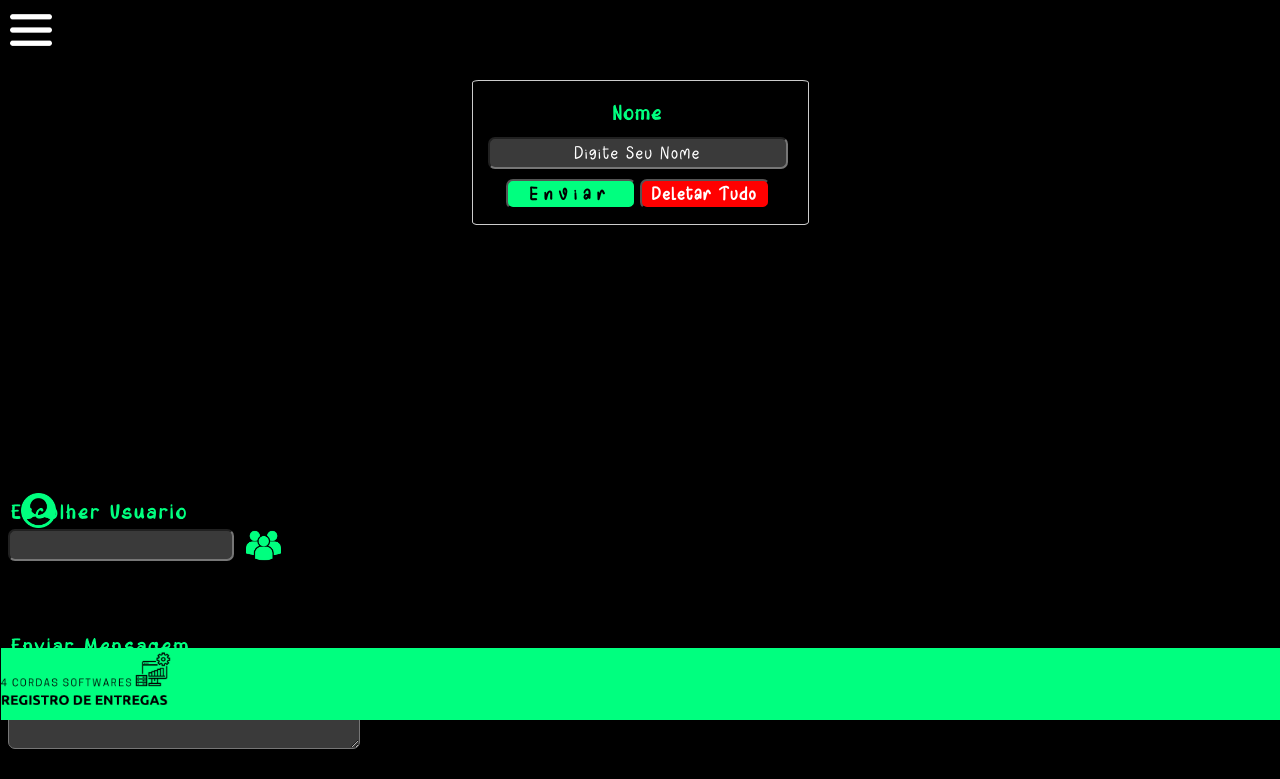
Repository: alfredo-allan/relatorioentregas
Page: pages/chatapp.html
An editor plug-in stored every save of this project. The page is shown before and after the next save, followed by the edit.
The browser window is 1280 px wide. The pictures show the whole page.
The page's requests for data from a server got no answer.

Above is the page before, as saved 2024-05-16 22:09:03.
Console error: TypeError: Cannot read properties of null (reading 'addEventListener')

### pages/chatapp.html
<!DOCTYPE html>
<html lang="pt-BR">
  <head>
    <meta charset="UTF-8" />
    <meta name="viewport" content="width=device-width, initial-scale=1.0" />
    <link rel="stylesheet" href="../style/mediaqueries.css" />
    <link rel="stylesheet" href="../style/styles.css" />
    <style>
      @media screen and (min-width: 800px) and (max-width: 2050px) {
        footer img {
          width: 170px;
          height: 60px;
        }
        /* Outros estilos específicos para resoluções entre 1900px e 3090px */
      }
      * {
        padding: 0;
      }

      footer {
        position: fixed;
        bottom: 0;
        width: 100%;
        background-color: #00ff7f;
        margin: 0;
        padding: 0;
        margin-left: -7px;
      }
      @media screen and (min-width: 300px) and (max-width: 600px) {
        footer {
          height: 6vh;
        }
      }

      @media screen and (min-width: 800px) and (max-width: 2050px) {
        #menu-options img {
          width: 206px;
          position: relative;
          margin: 13px;
          margin-top: -44px;
          border-bottom: 1px solid black; /* Adiciona uma linha preta na parte inferior da imagem */
        }
        #menu-options {
          width: 25%;
          height: 54vh;
        }
        footer {
          position: fixed;
          bottom: 0;
          width: 100%;
          background-color: #00ff7f;
          margin: 0;
          padding: 0;
          margin-left: -7px;
        }
      }
    </style>
    <link rel="icon" type="image/x-icon" href="../favicon.ico" />
    <title>ChatApp</title>
  </head>
  <body>
    <header id="ChatApp">
      <img id="menu-icon" src="../img/barra-de-menu.png" alt="" />
      <div id="menu-options">
        <ul>
          <span
            id="close-icon"
            style="
              color: black;
              position: absolute;
              line-height: 0;
              font-size: 30px;
              margin-top: -20px;
              cursor: pointer;
            "
            >X</span
          >
          <img src="../img/4 cordassof.png" alt="" />
          <br />
          <a href="../index.html"><li>Home</li></a>
          <a href="../cdsentregas.html"><li>Registrar Entrega</li></a>
          <a href="../pages/apagar.html"><li>Apagar Entrega</li></a>
          <a href="../pages/consultar.html"><li>Consultar Entregas</li></a>
          <a href="../pages/registrar.html"><li>Registar-Se</li></a>
          <a href="../pages/sobre.html"><li>Sobre a 4cordas</li></a>
          <a href="../pages/instrucao.html"><li>Ajuda</li></a>
        </ul>
      </div>
      <!-- <h1 id="textchat">Chat Entregas</h1> -->
      <!-- <img id="imgchat" src="../img/bater-papo.png" alt="" /> -->
    </header>
    <div id="myModal" class="modal">
      <div class="modal-content">
        <span class="close">&times;</span>
        <p>Mensagem Enviada Com Sucesso!</p>
      </div>
    </div>
    <div id="form">
      <div id="consulta" class="column">
        <!-- <span style="display: none">ID:</span> -->
        <span>Nome</span>
        <input id="nomeusuario" type="text" placeholder="Digite Seu Nome" />

        <div id="btns">
          <button id="enviarmsg">Enviar</button>
          <button id="delMsg">Deletar Tudo</button>
        </div>
      </div>
    </div>
    <div id="login">
      <br />
      <img id="utlizador" src="../img/do-utilizador.png" alt="" />
    </div>
    <span>Escolher Usuário</span>
    <ul></ul>
    <div id="usuarios"></div>
    <img id="multiUsu" src="../img/silhueta-de-multiplos-usuarios.png" alt="" />
    <br />
    <input id="lstUsu" type="text" />
    <div id="msgEnviar">
      <span>Enviar Mensagem</span> <br />
      <textarea
        placeholder="Enviar Menssagem Para Quem ?"
        id="enviarMsg"
        type="text"
      ></textarea>

      <!-- <img id="imgEnviarmsg" src="../img/enviar-mensagem.png" alt="" /> -->
    </div>
    <footer>
      <img src="../img/4 cordassof.png" alt="" />
    </footer>
    <script>
      const inputNomeUsuario = document.getElementById("nomeusuario");

      inputNomeUsuario.addEventListener("input", () => {
        const nomeUsuario = inputNomeUsuario.value;

        fetch(`http://192.168.10.20:8033/usuarios/${nomeUsuario}`)
          .then((response) => {
            if (response.ok) {
              return response.json();
            } else {
              throw new Error("Usuário não encontrado");
            }
          })
          .then((data) => {
            console.log("Usuário encontrado:", data);
          })
          .catch((error) => {
            console.error("Erro:", error);
          });
      });
    </script>

    // Adicione este script abaixo do botão 'Selecionar' no seu HTML

    <script>
      const buttonSelecionar = document.getElementById("ctsUsu");

      buttonSelecionar.addEventListener("click", () => {
        const nomeUsuario = document.getElementById("lstUsu").value;

        fetch(`http://192.168.10.20:8033/usuarios/${nomeUsuario}`)
          .then((response) => {
            if (response.ok) {
              return response.json();
            } else {
              throw new Error("Usuário não encontrado");
            }
          })
          .then((data) => {
            console.log("Destinatário encontrado:", data);
          })
          .catch((error) => {
            console.error("Erro:", error);
          });
      });
    </script>

    // Adicione este script abaixo do botão 'Enviar' no seu HTML

    <script>
      const buttonEnviar = document.getElementById("enviarmsg");

      buttonEnviar.addEventListener("click", () => {
        const sender = document.getElementById("nomeusuario").value;
        const recipient = document.getElementById("lstUsu").value;
        const message = document.getElementById("enviarMsg").value;

        fetch("http://192.168.10.20:8033/enviar-mensagem", {
          method: "POST",
          headers: {
            "Content-Type": "application/json",
          },
          body: JSON.stringify({
            sender_username: sender,
            recipient_username: recipient,
            message: message,
          }),
        })
          .then((response) => {
            if (response.ok) {
              console.log("Mensagem enviada com sucesso");
            } else {
              throw new Error("Erro ao enviar mensagem");
            }
          })
          .catch((error) => {
            console.error("Erro:", error);
          });
      });
    </script>
    <script>
      let isTyping = false;

      // Função para verificar se o usuário está digitando
      function checkTyping() {
        const inputField = document.getElementById("enviarMsg");
        inputField.addEventListener("input", () => {
          isTyping = inputField.value.length > 0;
        });
      }

      function monitorNewMessages() {
        const nomeUsuario = document.getElementById("nomeusuario").value;

        // Lógica para buscar novas mensagens do servidor e inserir no campo msgEnviar
        fetch(`http://192.168.10.20:8033/mensagens/${nomeUsuario}`)
          .then((response) => {
            if (response.ok) {
              return response.json();
            } else {
              throw new Error("Erro ao buscar novas mensagens");
            }
          })
          .then((data) => {
            const messages = data; // Não precisamos acessar data.messages, pois a resposta do servidor já é uma lista de mensagens
            const msgEnviar = document.getElementById("msgEnviar");
            msgEnviar.innerHTML = ""; // Limpar mensagens antigas antes de adicionar as novas

            messages.forEach((message) => {
              const p = document.createElement("p");
              p.textContent = message.message; // A mensagem está no campo "message" do objeto de mensagem
              msgEnviar.appendChild(p);
            });
          })
          .catch((error) => {
            console.error("Erro ao buscar novas mensagens:", error);
          });
      }

      document.addEventListener("DOMContentLoaded", () => {
        monitorNewMessages();
      });

      // Adicionar esta função para limpar o campo de entrada após o envio de mensagem
      function limparCampoDeMensagem() {
        document.getElementById("enviarMsg").value = "";
      }
    </script>
    <script src="../script.js"></script>
  </body>
</html>

### style/mediaqueries.css
@media screen and (min-width: 300px) and (max-width: 600px) {
  footer {
    bottom: 0;
    img {
      display: none;
    }
    /* Outros estilos específicos para resoluções entre 1900px e 3090px */
  }

  @media screen and (min-width: 800px) and (max-width: 2050px) {
    footer img {
      width: 170px;
      height: 60px;
    }
  }
}

  @media screen and (min-width: 800px) and (max-width: 2050px) {
    #close-icon {
      margin-left: 250px;
    }
  }


@media screen and (min-width: 300px) and (max-width: 600px) {
  footer {
    height: 6vh;
    margin: 0;
    padding: 0;
    margin-top: 174px;
    position: absolute;
    width: 100%;
    margin-left: -7px;
  }
  #menu-options img {
    margin-top: -40px;
    border-bottom: 1px solid black; /* Adiciona uma linha preta na parte inferior da imagem */
    width: 210px;
  }
  #close-icon {
    margin-left: 224px;
  }
}

### style/styles.css
:root {
  --las-americas: "Las-americas", sans-serif;
  --gribble-font: "Gribble";
  --helootwuins-font: "HelooTwuins";
  --verde--color: #00ff7f;
}

body {
  background-color: black;
}

@font-face {
  font-family: "Las-americas";
  src: url("../fonts/las_americas/LasAmericas_PERSONAL_USE_ONLY.otf")
    format("truetype");
  /* Adicione mais formatos (e.g. woff, woff2) conforme necessário */
}

@font-face {
  font-family: "Gribble";
  src: url("../fonts/gribble/Gribble.ttf") format("truetype");
  /* Adicione mais formatos (e.g. woff, woff2) conforme necessário */
}

@font-face {
  font-family: "HelooTwuins";
  src: url("../fonts/hello_twins/HelloTwinsDEMO.otf") format("truetype");
  /* Adicione mais formatos (e.g. woff, woff2) conforme necessário */
}

header {
  img {
    width: 42px;
    margin-right: 14px;
    text-wrap: nowrap;
  }
}

footer {
  width: 100%;
  height: 10vh;
  background-color: #00ff7f;
  margin: 0;
  padding: 0;
}

img #menu-icon {
  margin-right: 20px;
  margin-left: -1%;
}

#text-top {
  text-align: center;
  font-family: var(--las-americas);
  color: white;
  letter-spacing: 1.2px;
  margin-top: 30px;
  font-size: 40px;
}

#delivery {
  color: red;
  font-family: var(--gribble-font);
  letter-spacing: 3px;
  font-size: 25px;
  font-weight: 900;
  color: var(--verde--color);
}

.column {
  display: flex;
  flex-direction: column;
  align-items: center;
  padding: 10px 20px 15px 15px;
  border: 1px solid #ccc;
  border-radius: 2%;
  width: 300px;
  margin: 0 auto;
  margin-top: -100px;
}

#form {
  border-radius: 2%;
  margin-top: 110px;
  margin-bottom: 250px;
  span {
    color: #00ff7f;
    font-family: var(--gribble-font);
    font-size: 20px;
    letter-spacing: 2px;
    font-weight: 600;
  }
}

input {
  text-align: center;
  margin-bottom: 5px;
  padding: 5px;
  width: 100%;
  box-sizing: border-box;
  font-weight: 600;
  margin-bottom: 10px;
  background-color: rgba(255, 255, 255, 0.226);
  color: white;
  font-family: var(--helootwuins-font);
  letter-spacing: 2px;
  font-size: 18px;
  border-radius: 7px;
}

input::placeholder {
  text-align: center;
  color: white;
  font-family: var(--helootwuins-font);
  font-weight: 400;
  font-size: 18px;
}

button {
  width: 130px;
  height: 30px;
  border-radius: 2%;
  background-color: var(--verde--color);
  font-family: var(--helootwuins-font);
  font-size: 18px;
  letter-spacing: 7px;
  font-weight: 900;
  border-radius: 7px;
}

#confirmButton {
  margin-left: 8px;
  margin-right: 20px;
}

#menu-icon {
  cursor: pointer;
  margin: 15px;
  margin-left: 2px;
  margin-top: 1px;
}

#menu-options {
  text-wrap: nowrap;
  display: none;
  position: absolute;
  top: 0;
  left: 0;
  margin-top: 0px;
  width: 70%;
  height: 70vh;
  background-color: #00ff7f;
  color: white;
  font-family: var(--gribble-font);
  font-weight: 900;
  border-bottom-right-radius: 10%;
  color: black;
  letter-spacing: 2px;
  z-index: 999;
  li {
    margin-top: 3px;
  }
}

a {
  text-decoration: none; /* Remove o sublinhado */
  color: black;
}

#menu-options ul {
  list-style: none;
  padding: 0;
  margin-left: 10px;
  font-size: 20px;
  margin-top: 40px;
}

#menu-options ul li {
  padding: 10px;
  /* margin: 10px; */
  text-wrap: nowrap;
  /* border-bottom: 1px solid white; */
}

#modal {
  background: black;
  text-align: center;
}

.modal {
  display: none; /* Escondido por padrão */
  position: fixed;
  z-index: 1;
  left: 0;
  top: 0;
  width: 100%;
  height: 100%;
  overflow: auto;
  background-color: rgba(0, 0, 0, 0.4);
}

.modal-content {
  background-color: #fefefe;
  margin: 15% auto;
  padding: 20px;
  border: 2px solid #888;
  width: 80%;
  border-radius: 10px;
  background-color: black;
  p {
    margin-top: 30px;
    text-align: left;
    text-wrap: nowrap;
    font-family: var(--gribble-font);
    letter-spacing: 3px;
    font-weight: 600;
    font-size: 20px;
    color: var(--verde--color);
  }
}

.close {
  color: #aaa;
  float: right;
  font-size: 28px;
  font-weight: bold;
}

.close:hover,
.close:focus {
  color: black;
  text-decoration: none;
  cursor: pointer;
}

#data-list {
  margin: 0 auto;
  left: 50%;
  transform: translateX(-50%);
  margin: 0 auto;
  left: 50%;
  top: 60%;
  transform: translate(-50%, -50%);
  /* border: 1px solid var(--cor-azul); */
  color: var(--verde--color);
  border-radius: 5px;
  height: 340px;
  overflow-y: auto;
  position: absolute;
  z-index: -1;
  margin-top: 110px;
  margin-left: 0px;
  width: 336px;
  list-style: none;
  .name {
    font-family: var(--helootwuins-font);
    font-weight: 900;
    font-size: 20px;
    letter-spacing: 1px;
  }
  .item {
    font-family: var(--helootwuins-font);
    font-weight: 500;
    font-size: 20px;
    color: white;
    letter-spacing: 1px;
  }
}

#data-list {
  width: 340px;
  height: 180px;
  overflow: auto;
  /* border: 1px solid black; */
  /* scrollbar-color: var(--verde--color) var(--verde--color); */
}

#data-list img {
  width: 25px;
  margin-left: 15px;
  margin-right: 0px;
}

#data-list::-webkit-scrollbar {
  width: 10px; /* Largura da barra de rolagem */
}

#data-list::-webkit-scrollbar-thumb {
  background-color: white; /* Cor da barra de rolagem */
  border-radius: 5px; /* Raio de borda da barra de rolagem */
}

#texto-descritivo {
  text-align: justify;
  margin-top: 200px;
  position: fixed;
  font-family: var(--luthier-font);
  letter-spacing: 3px;
  line-height: 2;
  margin-right: 8px;
  font-weight: 900;
  color: var(--verde--color);
}

.name {
  font-family: var(--gribble-font);
  font-weight: 900;
  font-size: 17px;
}
.item {
  font-family: var(--helootwuins-font);
  font-weight: 500;
  font-size: 15;
  color: white;
}

#textchat {
  font-family: var(--las-americas);
  color: white;
  letter-spacing: 10px;
  margin-left: 10px;
  font-size: 40px;
  margin-top: 6px;
}

#imgchat {
  width: 60px;
  position: absolute;
  margin-left: 295px;
  margin-top: -60px;
}

#message {
  input {
    width: 220px;
  }
}

#login {
  width: 226px;
  margin-top: 50px;
  input {
    font-family: var(--gribble-font);
    letter-spacing: 3px;
  }
}

span {
  color: var(--verde--color);
  font-family: var(--gribble-font);
  font-size: 20px;
  padding: 3px;
  line-height: 2;
  letter-spacing: 3px;
  font-weight: 900;
}

#msgInput {
  width: 220px;
  height: 80px;
  background-color: rgba(255, 255, 255, 0.226);
  border-radius: 7px;
  font-family: var(--helootwuins-font);
  font-size: 17px;
  letter-spacing: 3px;
  color: var(--verde--color);
  font-weight: 600;
}

#enviarMsg {
  width: 350px;
  height: 80px;
  background-color: rgba(255, 255, 255, 0.226);
  border-radius: 7px;
  font-family: var(--helootwuins-font);
  font-size: 17px;
  letter-spacing: 3px;
  color: white;
  font-weight: 600;
}

#msgEnviar {
  margin-top: 60px;
}

#enviarMsg {
  letter-spacing: 3px;
  outline: none;
  font-size: 20px;
}

/* #enviarmsg {
  margin-top: 93px;
  position: absolute;
  margin-left: -330px;
} */

#delMsg {
  letter-spacing: 2px;
  background-color: red;
  color: white;
}

#imgEnviarmsg {
  width: 35px;
  margin-left: 11px;
  position: absolute;
}

#textRegister {
  font-family: var(--las-americas);
  color: white;
  letter-spacing: 3px;
  margin-top: 10px;
  text-align: center;
  letter-spacing: 3px;
}

#lstUsu {
  width: 226px;
  position: absolute;
  margin-top: -38px;
}

input#lstUsu {
  font-family: var(--gribble-font);
  letter-spacing: 3px;
}

#ctsUsu {
  position: absolute;
  margin-left: 0px;
  margin-top: 0px;
  line-height: 1px;
}

#utlizador {
  position: fixed;
  width: 35px;
  margin-left: 13px;
}

#msgEntrada {
  width: 35px;
  position: absolute;
  margin-left: 13px;
}

#multiUsu {
  position: absolute;
  width: 35px;
  margin-left: 238px;
  margin-top: -34px;
  margin-top: -21px;
}

#close-icon {
  color: black;
  position: absolute;
  line-height: 0; font-size: 30px;
  margin-top: -20px; cursor: pointer;
}

### script.js
const menuIcon = document.getElementById("menu-icon");
const menuOptions = document.getElementById("menu-options");
const closeIcon = document.getElementById("close-icon");

menuIcon.addEventListener("click", function () {
  if (menuOptions.style.display === "none") {
    menuOptions.style.display = "block";
  } else {
    menuOptions.style.display = "none";
  }
});

closeIcon.addEventListener("click", function () {
  menuOptions.style.display = "none";
});

//input data pagina index e registro
document.getElementById("data-entrega").value = new Date()
  .toISOString()
  .slice(0, 10);
var currentDate = new Date().toISOString().slice(0, 10);
var formattedDate = currentDate.split("-").reverse().join("/");
document.getElementById("data-entrega").value = formattedDate;
document.getElementById("data-entrega").addEventListener("input", formatarData);

After the next save:
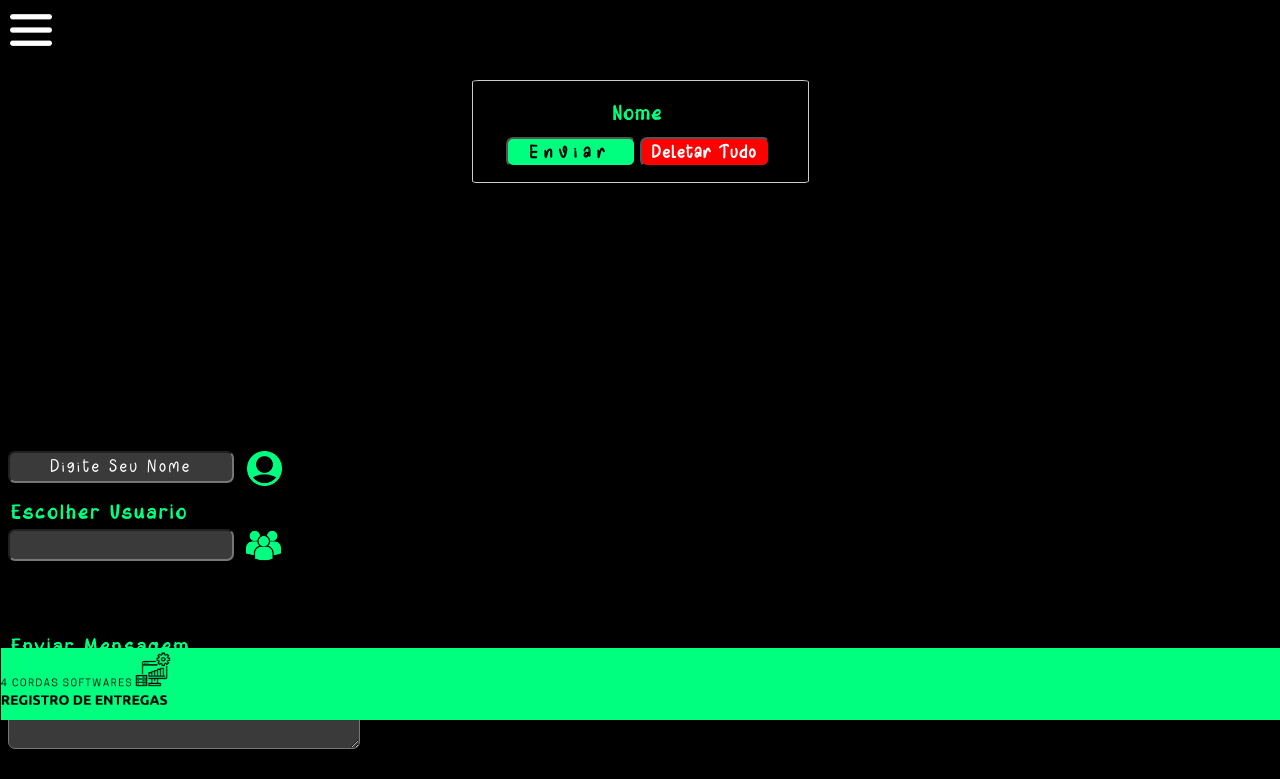
Saved 65 s later.
--- a/pages/chatapp.html
+++ b/pages/chatapp.html
@@ -99,8 +99,6 @@
       <div id="consulta" class="column">
         <!-- <span style="display: none">ID:</span> -->
         <span>Nome</span>
-        <input id="nomeusuario" type="text" placeholder="Digite Seu Nome" />
-
         <div id="btns">
           <button id="enviarmsg">Enviar</button>
           <button id="delMsg">Deletar Tudo</button>
@@ -108,7 +106,8 @@
       </div>
     </div>
     <div id="login">
-      <br />
+       <br />
+      <input id="nomeusuario" type="text" placeholder="Digite Seu Nome" />
       <img id="utlizador" src="../img/do-utilizador.png" alt="" />
     </div>
     <span>Escolher Usuário</span>

After the save that followed:
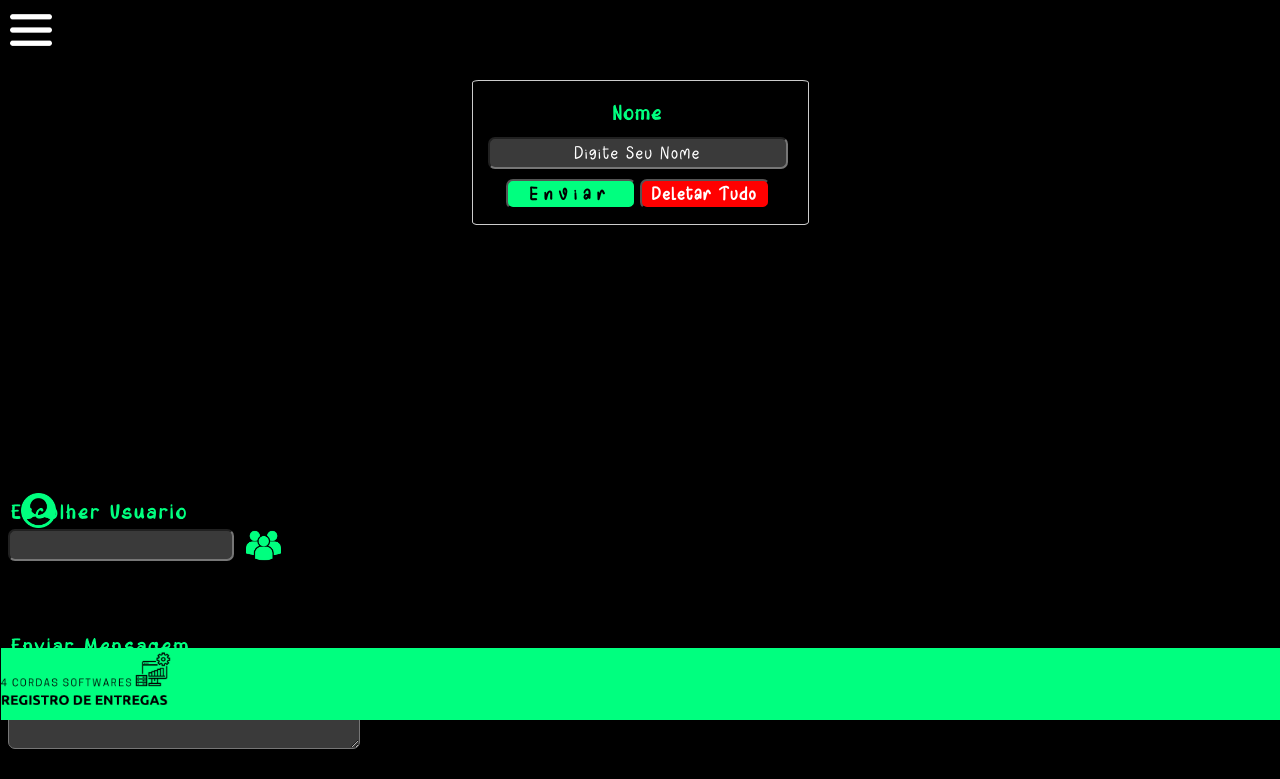
Saved 16 s later.
--- a/pages/chatapp.html
+++ b/pages/chatapp.html
@@ -99,6 +99,8 @@
       <div id="consulta" class="column">
         <!-- <span style="display: none">ID:</span> -->
         <span>Nome</span>
+        <input id="nomeusuario" type="text" placeholder="Digite Seu Nome" />
+
         <div id="btns">
           <button id="enviarmsg">Enviar</button>
           <button id="delMsg">Deletar Tudo</button>
@@ -106,8 +108,7 @@
       </div>
     </div>
     <div id="login">
-       <br />
-      <input id="nomeusuario" type="text" placeholder="Digite Seu Nome" />
+      <br />
       <img id="utlizador" src="../img/do-utilizador.png" alt="" />
     </div>
     <span>Escolher Usuário</span>
